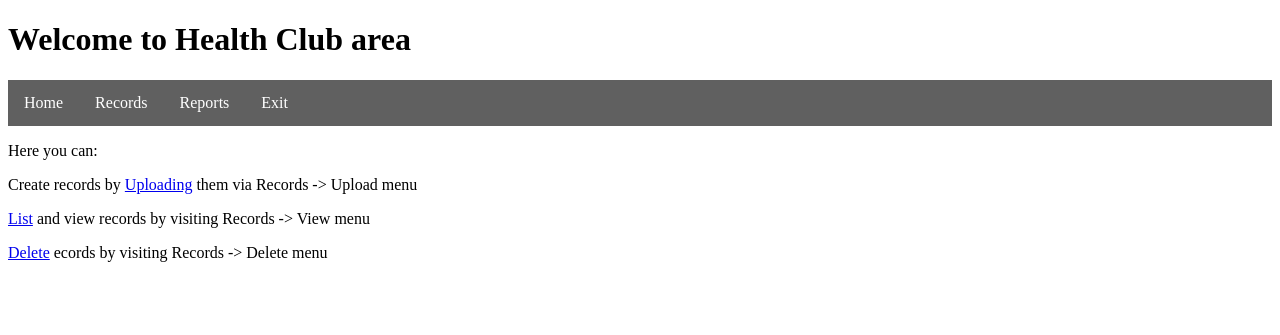
Repository: dmiropol/FitnessMemberTracker
Page: http://localhost/club
These files come from the project's save history. The page is drawn as it stood at one moment and after the next save; the edit follows.
The browser window is 1280 px wide. The pictures show the whole page.
The page is served by the project's Node server (app.js).

Above is the page before, as saved 2018-11-15 15:29:40.

After the next save:
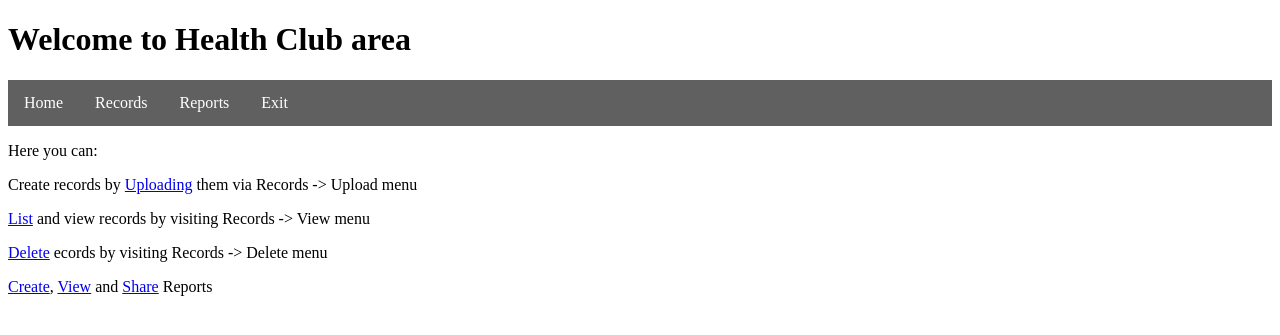
Saved 2 min 3 s later.
--- a/views/club.ejs
+++ b/views/club.ejs
@@ -12,5 +12,6 @@
     <p> Create records by <a href="/upload/records">Uploading</a> them via Records -> Upload menu</p>
     <p> <a href="/list/records">List</a> and view records by visiting Records -> View menu</p>
     <p> <a href="/delete/records">Delete</a> ecords by visiting Records -> Delete menu</p>
+    <p> <a href="/create/reports">Create</a>, <a href="/view/reports">View</a> and <a href="/share/reports">Share</a> Reports</p>
 	</div>
 </html>
